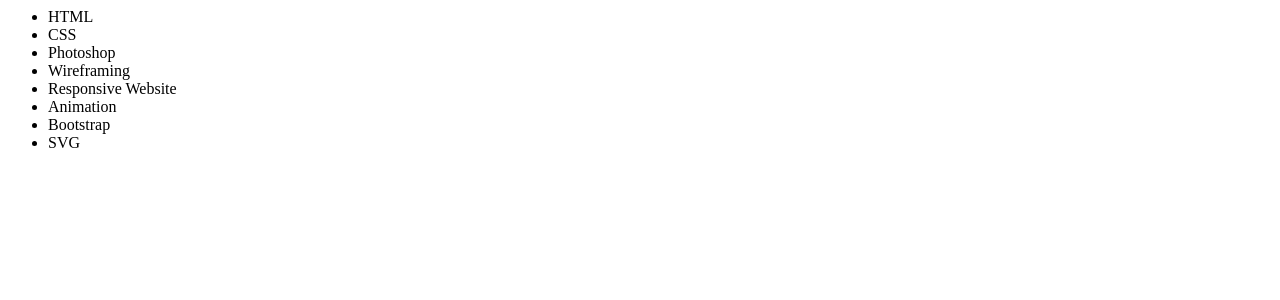
Repository: kovacsf2/imm130v2
Page: index.html
The author's editor kept a record of every edit. The page is drawn from the files as they stood at one moment, then again after the next edit.
The browser window is 1280 px wide. The pictures show the whole page.

Above is the page before.

After the next edit:
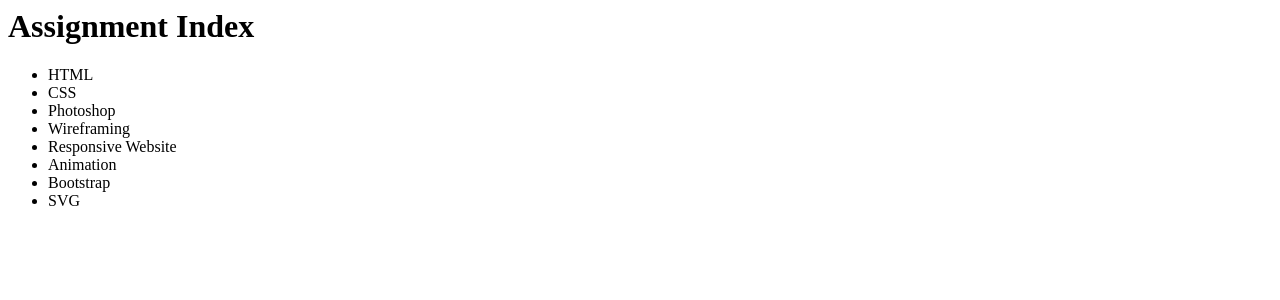
The edit:
--- a/index.html
+++ b/index.html
@@ -4,6 +4,7 @@
         <title>Index</title>
     </head>
     <body>
+        <h1>Assignment Index</h1>
         <ul>
             <li>HTML</li>
             <li>CSS</li>
